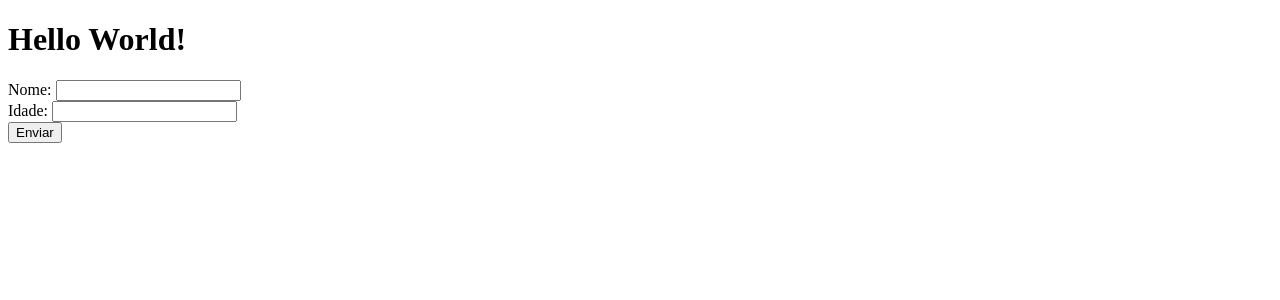
Repository: gustavofragadeveloper/Estudos-backend
Page: AULA6/aula-02-04/src/main/webapp/index.html
These files come from the project's save history. The page is drawn as it stood at one moment and after the next save; the edit follows.
The browser window is 1280 px wide. The pictures show the whole page.

Above is the page before, as saved 2024-04-03 00:00:40.

### AULA6/aula-02-04/src/main/webapp/index.html
<!DOCTYPE html>
<html>
<head>
<meta charset="UTF-8">
<title>Insert title here</title>
</head>
<body>
<h1>Hello World!</h1>
<form action="Aula" method="get">
Nome: <input type="text" name="nome"><br>
Idade: <input type="number" name="idade"><br>
<input type="submit" value="Enviar">
</form>

</body>
</html>

After the next save:
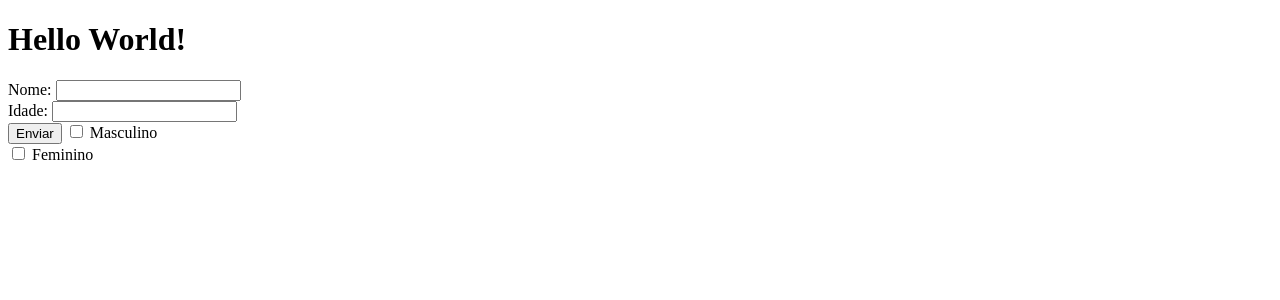
Saved 6 min 23 s later.
--- a/AULA6/aula-02-04/src/main/webapp/index.html
+++ b/AULA6/aula-02-04/src/main/webapp/index.html
@@ -10,6 +10,10 @@
 Nome: <input type="text" name="nome"><br>
 Idade: <input type="number" name="idade"><br>
 <input type="submit" value="Enviar">
+<input type="checkbox" name="sexo" value="Masculino"> Masculino <br>
+<input type="checkbox" name="sexo" value="Feminino"> Feminino <br>
+
+
 </form>
 
 </body>
